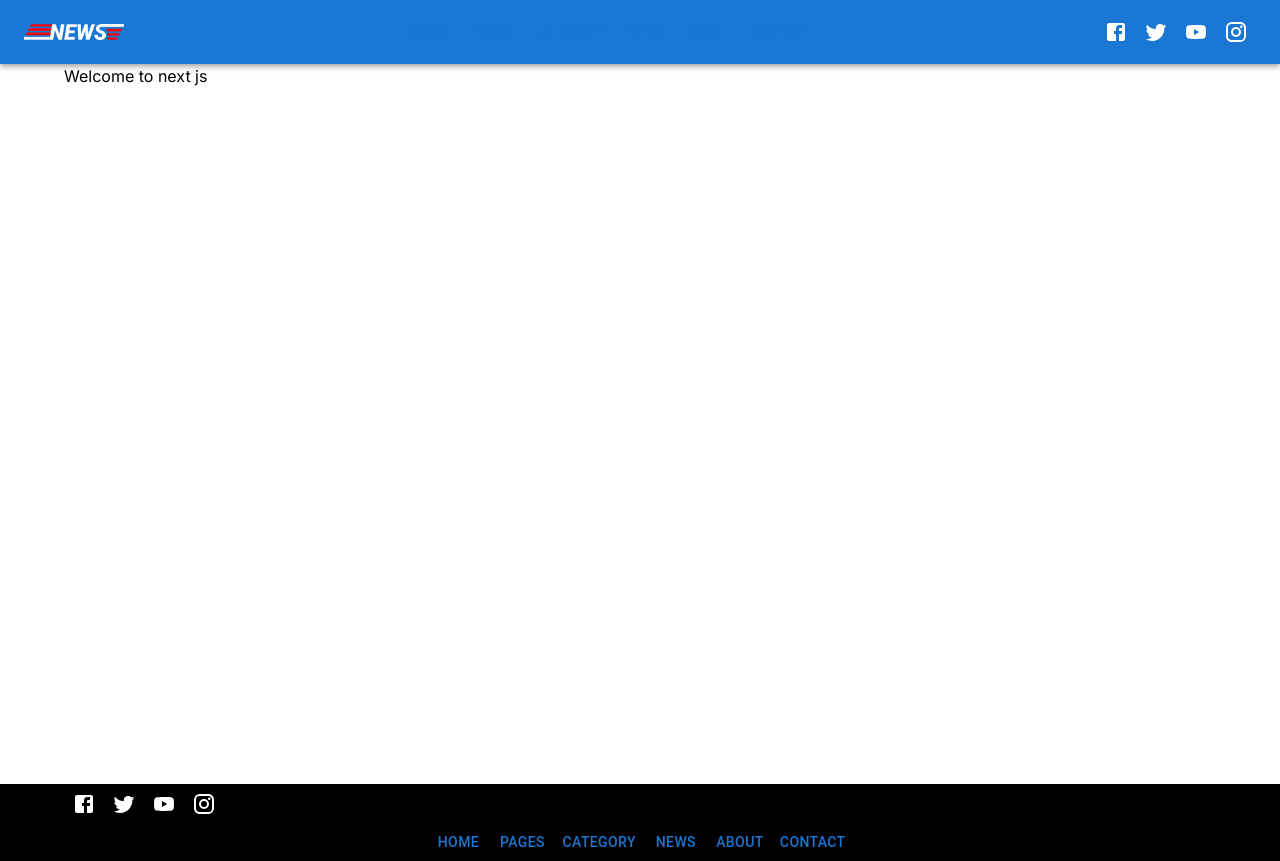
Repository: Wahid137/daily-news-nextjs
Page: /
These files come from the project's save history. The page is drawn as it stood at one moment and after a run of saves; the edit follows.
The browser window is 1280 px wide. The pictures show the whole page.
The project was rebuilt for these pictures with package versions that can differ from the ones it lists, and the page was loaded fresh each time. The framework's server and built-in components were replaced by stand-ins that run in the browser. Also part of the build but not shown: next.config.mjs.

Above is the page before, as saved 2024-02-22 15:08:28.

### src/app/layout.js
import Footer from "@/components/shared/Footer";
import Navbar from "@/components/shared/Navbar";
import { Container } from "@mui/material";
import { Inter } from "next/font/google";
import "./globals.css";

const inter = Inter({ subsets: ["latin"] });

export const metadata = {
  title: "Create Next App",
  description: "Generated by create next app",
};

export default function RootLayout({ children }) {
  return (
    <html lang="en">
      <body className={inter.className}>
        <Navbar />
        <Container className="h-screen">
          {children}
        </Container>
        <Footer />
      </body>
    </html>
  );
}

### src/app/page.js

export default function Home() {
  return (
    <h1>Welcome to next js</h1>
  );
}

### src/components/shared/Footer.js
"use client"

import { Facebook, Instagram, Twitter, YouTube } from "@mui/icons-material";
import { Box, Button, Container, IconButton } from "@mui/material";
import Link from "next/link";


const Footer = () => {
    const navItems = [
        {
            route: "Home",
            pathname: "/",
        },
        {
            route: "Pages",
            pathname: "/pages",
        },
        {
            route: "Category",
            pathname: "/category",
        },
        {
            route: "News",
            pathname: "/news",
        },
        {
            route: "About",
            pathname: "/about",
        },
        {
            route: "Contact",
            pathname: "/contact",
        },
    ];
    return (
        <Box className="bg-black">
            <Container>
                <Box sx={{
                    "& svg": {
                        color: "white",
                    },
                }}>

                    <IconButton>
                        <Facebook />
                    </IconButton>
                    <IconButton>
                        <Twitter />
                    </IconButton>
                    <IconButton>
                        <YouTube />
                    </IconButton>
                    <IconButton>
                        <Instagram />
                    </IconButton>

                </Box>
                <Box className="w-full text-center">
                    {navItems.map((item) => (
                        <Link key={item} href={item.pathname}>
                            <Button className="text-white">{item.route}</Button>
                        </Link>
                    ))}
                </Box>

            </Container>
        </Box>
    );
};

export default Footer;

### src/components/shared/Navbar.js
"use client"

import logo from "@/assets/logo.png";
import { Facebook, Instagram, Twitter, YouTube } from "@mui/icons-material";
import { IconButton, Stack } from "@mui/material";
import AppBar from '@mui/material/AppBar';
import Box from '@mui/material/Box';
import Button from '@mui/material/Button';
import Container from '@mui/material/Container';
import Toolbar from '@mui/material/Toolbar';
import Image from 'next/image';

const navItems = [
    {
        route: "Home",
        pathname: "/",
    },
    {
        route: "Pages",
        pathname: "/pages",
    },
    {
        route: "Category",
        pathname: "/categories/news?category=all-news",
    },
    {
        route: "News",
        pathname: "/news",
    },
    {
        route: "About",
        pathname: "/about",
    },
    {
        route: "Contact",
        pathname: "/contact",
    },
];



function Navbar() {


    return (
        <AppBar position="static" className="bg-black">
            <Container maxWidth="xl">
                <Toolbar disableGutters>

                    <Image src={logo} width={100} height={100} alt='logo' />

                    <Box className="w-full text-center">
                        {navItems.map((item) => (
                            <Button
                                key={item}
                                className="text-white r"
                            >
                                {item.route}
                            </Button>
                        ))}
                    </Box>

                    <Box>
                        <Stack
                            direction="row"
                            sx={{
                                "& svg": {
                                    color: "white",
                                },
                            }}
                        >
                            <IconButton>
                                <Facebook />
                            </IconButton>
                            <IconButton>
                                <Twitter />
                            </IconButton>
                            <IconButton>
                                <YouTube />
                            </IconButton>
                            <IconButton>
                                <Instagram />
                            </IconButton>
                        </Stack>
                    </Box>

                </Toolbar>
            </Container>
        </AppBar>
    );
}
export default Navbar;

Loaded but not shown: src/app/globals.css (common file); tailwind.config.js (common file)

After the next 2 saves:
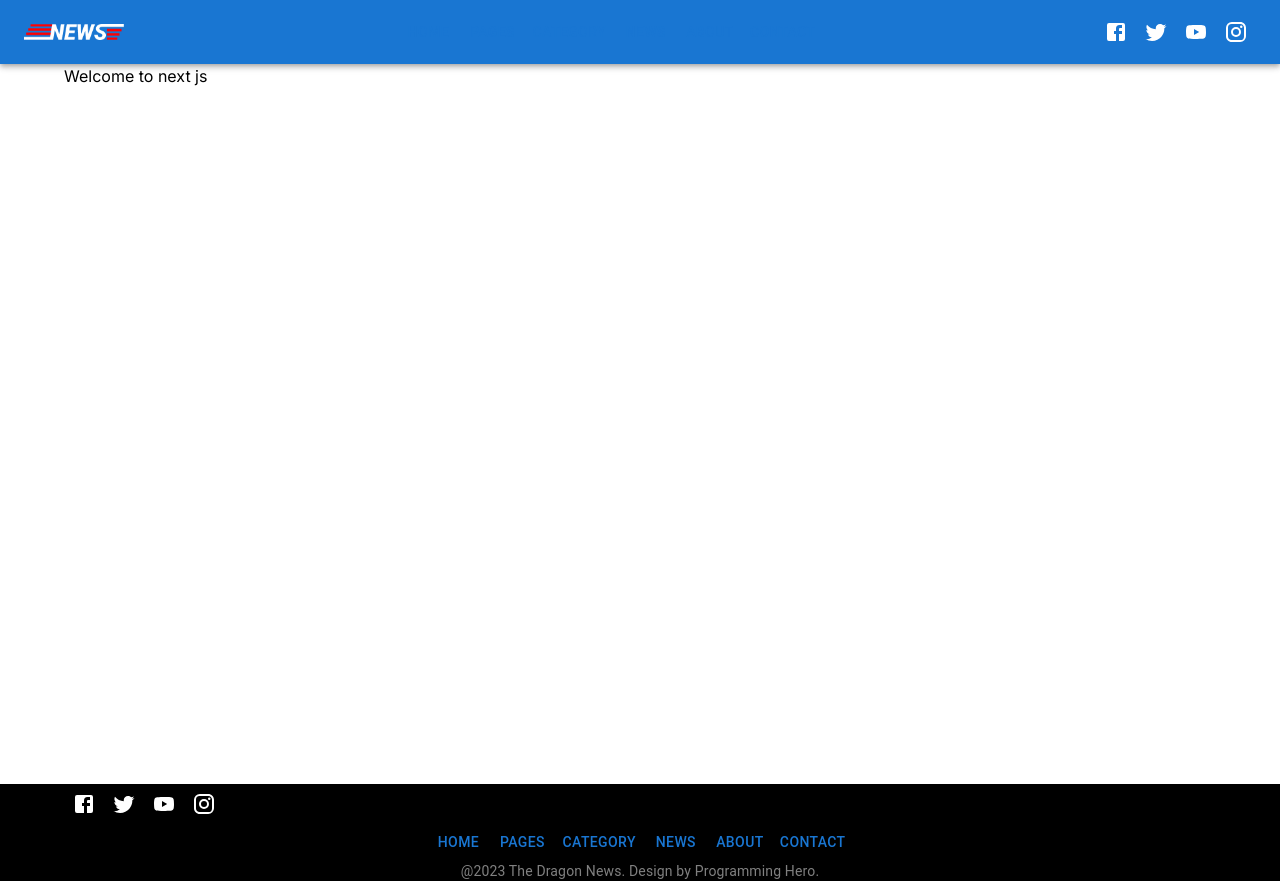
The 2 saves are shown as one change because they came seconds apart.
The last was saved 13 s later.
--- a/src/components/shared/Footer.js
+++ b/src/components/shared/Footer.js
@@ -1,7 +1,7 @@
 "use client"
 
 import { Facebook, Instagram, Twitter, YouTube } from "@mui/icons-material";
-import { Box, Button, Container, IconButton } from "@mui/material";
+import { Box, Button, Container, IconButton, Typography } from "@mui/material";
 import Link from "next/link";
 
 
@@ -62,7 +62,9 @@ const Footer = () => {
                         </Link>
                     ))}
                 </Box>
-
+                <Typography variant="body2" color="gray" textAlign="center">
+                    @2023 The Dragon News. Design by Programming Hero.
+                </Typography>
             </Container>
         </Box>
     );
